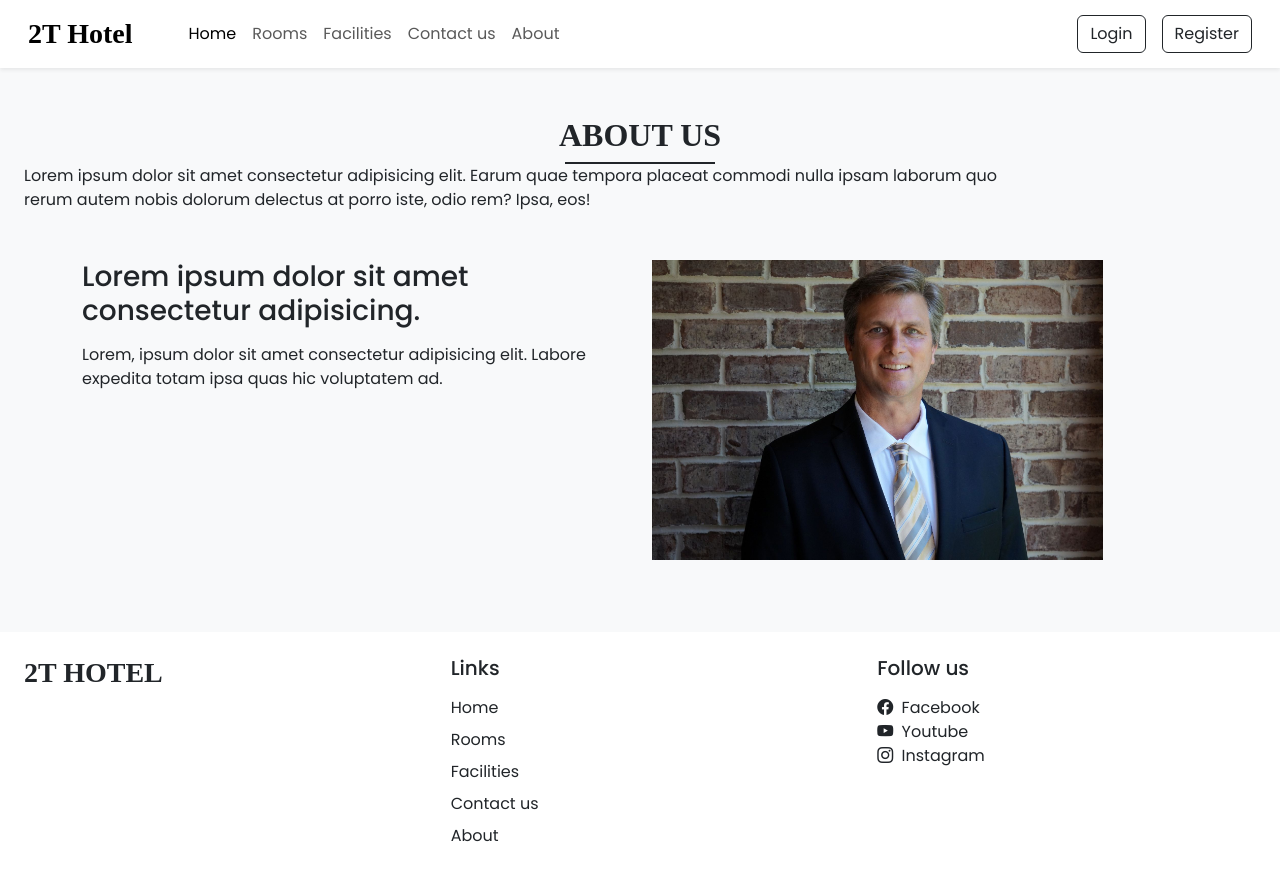
Repository: ntruong0906/desktop-tutorial
Page: http://localhost/about.php
An editor plug-in stored every save of this project. The page is shown before and after the next save, followed by the edit.
The browser window is 1280 px wide. The pictures show the whole page.
Some web fonts or font styles are not loaded; a fallback is used. The page is run by PHP 8.4 with error messages shown; the project is at /var/www/html/.

Above is the page before, as saved 2024-03-19 00:12:19.

### WebsiteBookingHotel/about.php
<!DOCTYPE html>
<html lang="en">

<head>
    <meta charset="UTF-8">
    <meta http-equiv="X-UA-Compatible" content="IE-edge">
    <meta name="viewport" content="width=device-width, initial-scale=1.0">
    <title>2T Hotel - ABOUT</title>
    <?php require('inc/links.php'); ?>
    <style>
    .pop:hover {
        border-top-color: var(--teal) !important;
        transform: scale(1.03);
        transition: all 0.3s;
    }
    </style>
    <link rel="stylesheet" href="https://cdn.jsdelivr.net/npm/swiper@11/swiper-bundle.min.css" />
    <style>
    @media screen and (max-width: 575px) {
        .availability-form {
            margin: 25px;
            padding: 0 35px;
        }
    }
    </style>
</head>

<body class="bg-light">
    <?php require('inc/header.php'); ?>

    <div class="my-5 px-4">
        <h2 class="fw-bold h-font text-center">ABOUT US</h2>
        <div class="h-line bg-dark"></div>
        <p>Lorem ipsum dolor sit amet consectetur adipisicing elit. Earum quae tempora placeat commodi nulla ipsam
            laborum quo <br> rerum autem nobis dolorum delectus at porro iste, odio rem? Ipsa, eos!</p>
    </div>
    <div class="container">
        <div class="row">
            <div class="col-lg-6 col-md-5 mb-4">
                <h3 class="mb-3">Lorem ipsum dolor sit amet consectetur adipisicing.</h3>
                <p>Lorem, ipsum dolor sit amet consectetur adipisicing elit. Labore expedita totam ipsa quas hic
                    voluptatem ad.</p>
            </div>
            <div class="col-lg-5 col-md-5 mb-4">
                <img src="images/about/about.jpg" class="w-100">
            </div>
        </div>
    </div>

    <!-- footer -->
    <?php require('inc/footer.php'); ?>




    <!-- <script src="https://cdn.jsdelivr.net/npm/swiper@11/swiper-bundle.min.js"></script>
    <script src="https://cdn.jsdelivr.net/npm/bootstrap@5.3.3/dist/js/bootstrap.bundle.min.js"
        integrity="sha384-YvpcrYf0tY3lHB60NNkmXc5s9fDVZLESaAA55NDzOxhy9GkcIdslK1eN7N6jIeHz" crossorigin="anonymous">
    </script> -->
    <!-- <script>
    var swiper = new Swiper(".swiper-container", {
        spaceBetween: 30,
        effect: "fade",
        loop: true,
        autoplay: {
            delay: 3500,
            disableOnInteraction: false,
        }
    });
    var swiper = new Swiper(".swiper-testimonials", {
        effect: "coverflow",
        grabCursor: true,
        centeredSlides: true,
        slidesPerView: "auto",
        slidesPerView: "3",
        loop: true,
        coverflowEffect: {
            rotate: 50,
            stretch: 0,
            depth: 100,
            modifier: 1,
            slideShadows: false,
        },
        pagination: {
            el: ".swiper-pagination",
        },
        breakpoints: {
            320: {
                slidesPerView: 1,
            },
            640: {
                slidesPerView: 1,
            },
            768: {
                slidesPerView: 2,
            },
            1024: {
                slidesPerView: 3,
            },
        }
    });
    </script> -->
</body>

</html>

### WebsiteBookingHotel/inc/links.php
<link href="https://cdn.jsdelivr.net/npm/bootstrap@5.3.3/dist/css/bootstrap.min.css" rel="stylesheet"
    integrity="sha384-QWTKZyjpPEjISv5WaRU9OFeRpok6YctnYmDr5pNlyT2bRjXh0JMhjY6hW+ALEwIH" crossorigin="anonymous">
<link href="https://fonts.googleapis.com/css2?family=Merienda:wght@400;700&family=Poppins:wght@400;500;600&display=swap"
    rel="stylesheet">
<link rel="stylesheet" href="https://cdn.jsdelivr.net/npm/bootstrap-icons@1.11.3/font/bootstrap-icons.min.css">
<link rel="stylesheet" href="css/common.css">

### WebsiteBookingHotel/inc/header.php
<nav class="navbar navbar-expand-lg navbar-light bg-white px-lg-3 py-lg-2 shadow-sm sticky-top">
    <div class="container-fluid">
        <a class="navbar-brand me-5 fw-bold fs-3 h-font" href="index.php">2T Hotel</a>
        <button class="navbar-toggler shadow-none" type="button" data-bs-toggle="collapse"
            data-bs-target="#navbarSupportedContent" aria-controls="navbarSupportedContent" aria-expanded="false"
            aria-label="Toggle navigation">
            <span class="navbar-toggler-icon"></span>
        </button>
        <div class="collapse navbar-collapse" id="navbarSupportedContent">
            <ul class="navbar-nav me-auto mb-2 mb-lg-0">
                <li class="nav-item">
                    <a class="nav-link active" aria-current="page" href="index.php">Home</a>
                </li>
                <li class="nav-item">
                    <a class="nav-link" href="#">Rooms</a>
                </li>
                <li class="nav-item">
                    <a class="nav-link" href="facilities.php">Facilities</a>
                </li>
                <li class="nav-item">
                    <a class="nav-link" href="#">Contact us</a>
                </li>
                <li class="nav-item">
                    <a class="nav-link" href="about.php">About</a>
                </li>
            </ul>
            <div class="d-flex">
                <button type="button" class="btn btn-outline-dark shadow-none me-lg-3 me-2" data-bs-toggle="modal"
                    data-bs-target="#loginModal">
                    Login
                </button>
                <button type="button" class="btn btn-outline-dark shadow-none " data-bs-toggle="modal"
                    data-bs-target="#registerModal">
                    Register
                </button>
            </div>
        </div>
    </div>
</nav>

<!-- login -->
<div class="modal fade" id="loginModal" data-bs-backdrop="static" data-bs-keyboard="false" tabindex="-1"
    aria-labelledby="staticBackdropLabel" aria-hidden="true">
    <div class="modal-dialog">
        <div class="modal-content">
            <form>
                <div class="modal-header">
                    <h5 class="modal-title d-flex align-item-center">
                        <i class="bi bi-person-circle fs-5 me-2"></i> User login
                    </h5>
                    <button type="reset" class="btn-close shadow-none" data-bs-dismiss="modal"
                        aria-label="Close"></button>
                </div>
                <div class="modal-body">
                    <div class="mb-3">
                        <label class="form-label">Email address</label>
                        <input type="email" class="form-control shadow-none">
                    </div>
                    <div class="mb-4">
                        <label class="form-label">Password</label>
                        <input type="password" class="form-control shadow-none">
                    </div>
                    <div class="d-flex align-items-center justify-content-between mb-2">
                        <button type="submit" class="btn btn-dark shadow-none">LOGIN</button>
                        <a href="javascript: void(0)" class="text-secondary text-decoration-none">Forgot
                            Password?</a>
                    </div>
                </div>
            </form>
        </div>
    </div>
</div>

<!-- Register -->
<div class="modal fade" id="registerModal" data-bs-backdrop="static" data-bs-keyboard="false" tabindex="-1"
    aria-labelledby="staticBackdropLabel" aria-hidden="true">
    <div class="modal-dialog modal-lg">
        <div class="modal-content">
            <form>
                <div class="modal-header">
                    <h5 class="modal-title d-flex align-item-center">
                        <i class="bi bi-person-lines-fill fs-5 me-2"></i>
                        User Registration
                    </h5>
                    <button type="reset" class="btn-close shadow-none" data-bs-dismiss="modal"
                        aria-label="Close"></button>
                </div>
                <div class="modal-body">
                    <span class="badge rounded-pill bg-light text-dark mb-3 text-wrap lh-base">
                        Note: Your details must match with your ID (Aadhar card, passport, driving license, etc.)
                        that will be required dring check-in.
                    </span>
                    <div class="container-fluid">
                        <div class="row">
                            <!-- Name -->
                            <div class="col-md-6 ps-0 mb-3">
                                <label class="form-label">Name</label>
                                <input type="text" class="form-control shadow-none">
                            </div>
                            <!-- Email -->
                            <div class="col-md-6 p-0 mb-3">
                                <label class="form-label">Email</label>
                                <input type="email" class="form-control shadow-none">
                            </div>
                            <!-- Phone Number -->
                            <div class="col-md-6 ps-0 mb-3">
                                <label class="form-label">Phone Number</label>
                                <input type="number" class="form-control shadow-none">
                            </div>
                            <!-- Picture -->
                            <div class="col-md-6 p-0 mb-3">
                                <label class="form-label">Picture</label>
                                <input type="file" class="form-control shadow-none">
                            </div>
                            <!-- Address -->
                            <div class="col-md-12 p-0 mb-3">
                                <label class="form-label">Address</label>
                                <textarea class="form-control shadow-none" rows="1"></textarea>
                            </div>
                            <!-- Pincode -->
                            <div class="col-md-6 ps-0 mb-3">
                                <label class="form-label">Pincode</label>
                                <input type="number" class="form-control shadow-none">
                            </div>
                            <!-- Date of birth -->
                            <div class="col-md-6 p-0 mb-3">
                                <label class="form-label">Date of birth</label>
                                <input type="date" class="form-control shadow-none">
                            </div>
                            <!-- Password -->
                            <div class="col-md-6 ps-0 mb-3">
                                <label class="form-label">Password</label>
                                <input type="password" class="form-control shadow-none">
                            </div>
                            <!-- Comfirm Password -->
                            <div class="col-md-6 p-0 mb-3">
                                <label class="form-label">Comfirm Password</label>
                                <input type="password" class="form-control shadow-none">
                            </div>
                        </div>
                    </div>
                    <div class="text-center my-1">
                        <button type="submit" class="btn btn-dark shadow-none">REGISTER</button>
                    </div>
                </div>
            </form>
        </div>
    </div>
</div>

### WebsiteBookingHotel/inc/footer.php
<div class="container-fluid bg-white mt-5">
    <div class="row">
        <div class="col-lg-4 p-4">
            <h3 class="h-font fw-bold fs-3">2T HOTEL</h3>
            <p>

            </p>
        </div>
        <div class="col-lg-4 p-4">
            <h5 class="mb-3">Links</h5>
            <a href="#" class="d-inline-block mb-2 text-dark text-decoration-none">Home</a><br>
            <a href="#" class="d-inline-block mb-2 text-dark text-decoration-none">Rooms</a><br>
            <a href="#" class="d-inline-block mb-2 text-dark text-decoration-none">Facilities</a><br>
            <a href="#" class="d-inline-block mb-2 text-dark text-decoration-none">Contact us</a><br>
            <a href="#" class="d-inline-block mb-2 text-dark text-decoration-none">About</a>
        </div>
        <div class="col-lg-4 p-4">
            <h5 class="mb-3">Follow us</h5>
            <a href="#" class="d-inline-block text-dark text-decoration-none md-2">
                <i class="bi bi-facebook me-1"></i> Facebook
            </a><br>
            <a href="#" class="d-inline-block text-dark text-decoration-none md-2">
                <i class="bi bi-youtube me-1"></i> Youtube
            </a><br>
            <a href="#" class="d-inline-block text-dark text-decoration-none ">
                <i class="bi bi-instagram me-1"></i> Instagram
            </a><br>
        </div>
    </div>
</div>

### WebsiteBookingHotel/css/common.css
:root{
    --teal: #2ec1ac;
    --teal_hover: #279e8c;
}

* {
    font-family: 'Poppins', sans-serif;
}

.h-font {
    font-family: 'Merienda', cursive;
}

input::-webkit-outer-spin-button,
input::-webkit-inner-spin-button {
    -webkit-appearance: none;
    margin: 0;
}

/* input[type=number] {
    -moz-appearance: textfield;
} */

.custom-bg {
    background-color: var(--teal);
    border: 1px solid var(--teal);
}

.custom-bg:hover {
    background-color: var(--teal_hover);
    border-color: var(--teal_hover);
}

.availability-form {
    margin-top: -50px;
    z-index: 2;
    position: relative;
}
.h-line{
    width: 150px ;
    margin: 0 auto;
    height: 1.7px;
}

After the next save:
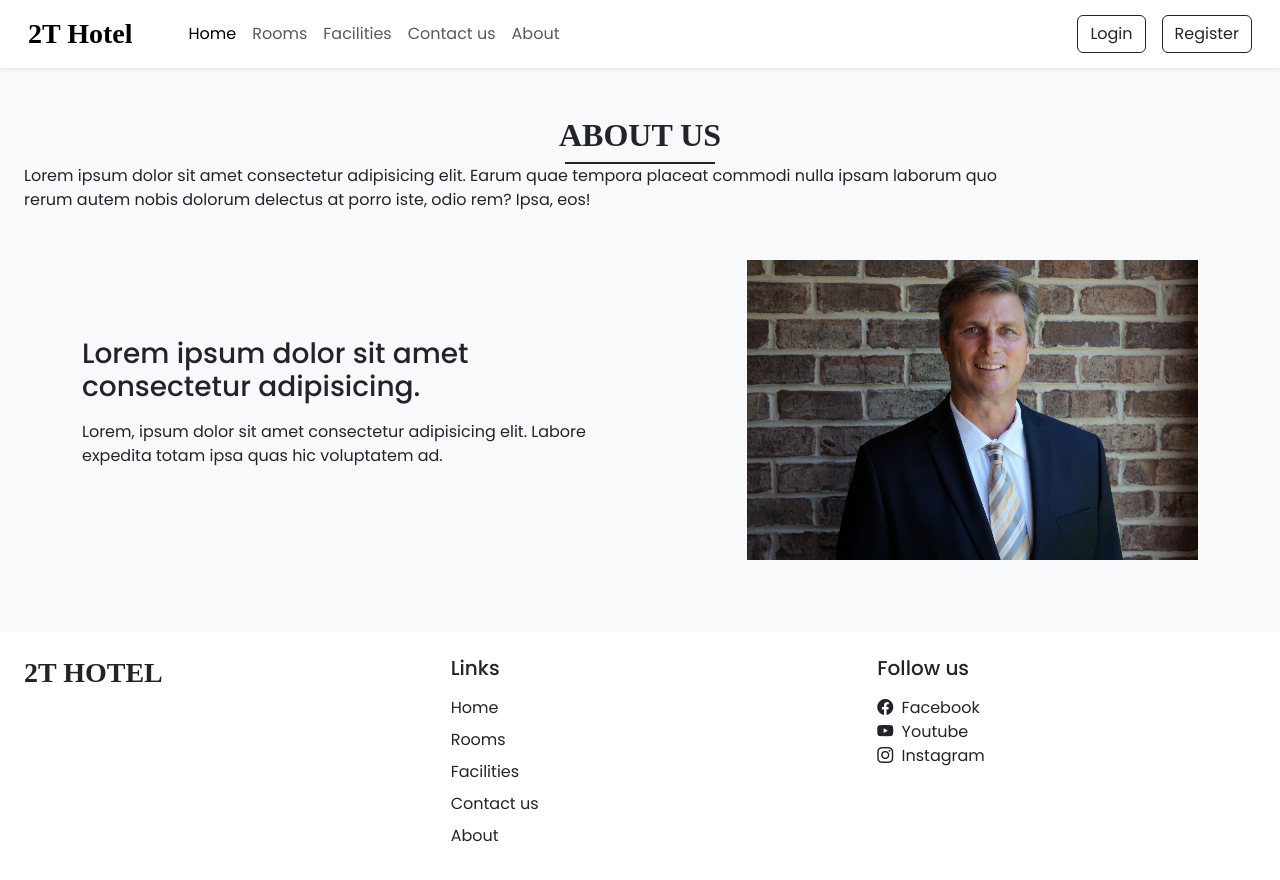
Saved 96 s later.
--- a/WebsiteBookingHotel/about.php
+++ b/WebsiteBookingHotel/about.php
@@ -35,7 +35,7 @@
             laborum quo <br> rerum autem nobis dolorum delectus at porro iste, odio rem? Ipsa, eos!</p>
     </div>
     <div class="container">
-        <div class="row">
+        <div class="row justify-content-between align-items-center">
             <div class="col-lg-6 col-md-5 mb-4">
                 <h3 class="mb-3">Lorem ipsum dolor sit amet consectetur adipisicing.</h3>
                 <p>Lorem, ipsum dolor sit amet consectetur adipisicing elit. Labore expedita totam ipsa quas hic
